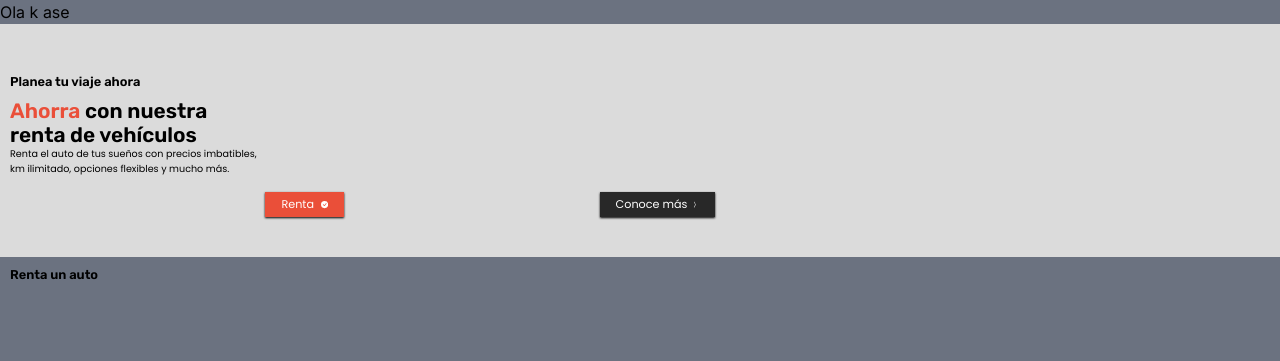
Repository: aldovelacasas/PF_RentCar2
Page: /homePage
The author's editor kept a copy of each file at every save. The page is drawn from the files as they stood at one save, then again after the next save.
The browser window is 1280 px wide. The pictures show the whole page.
The project was rebuilt for these pictures with package versions that can differ from the ones it lists, and the page was loaded fresh each time. Some packages were replaced by stand-ins written for this rebuild. The framework's server and built-in components were replaced by stand-ins that run in the browser. Also part of the build but not shown: next.config.js.

Above is the page before, as saved 2023-08-29 19:45:26.

After the next save:
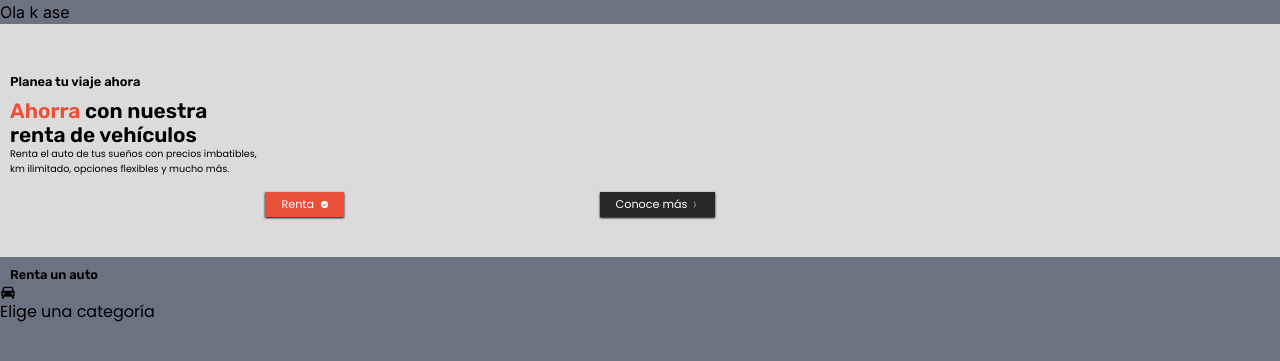
Saved 117 s later.
--- a/src/app/homePage/page.jsx
+++ b/src/app/homePage/page.jsx
@@ -1,5 +1,6 @@
 import { Rubik, Poppins } from "next/font/google";
 import { BsChevronCompactRight, BsCheckCircleFill } from "react-icons/bs";
+import { BiSolidCar } from "react-icons/bi";
 
 const fontRubik = Rubik({
   weight: "600",
@@ -43,8 +44,11 @@ function HomePage() {
           </button>
         </div>
       </header>
-      <form>
+      <form className={`${poppins}`}>
         <p className={`mt-2 ml-2.5 text-[0.8em] ${rubik}`}>Renta un auto</p>
+        <label htmlFor="categoria">
+          <BiSolidCar /> Elige una categoría
+        </label>
       </form>
     </>
   );
